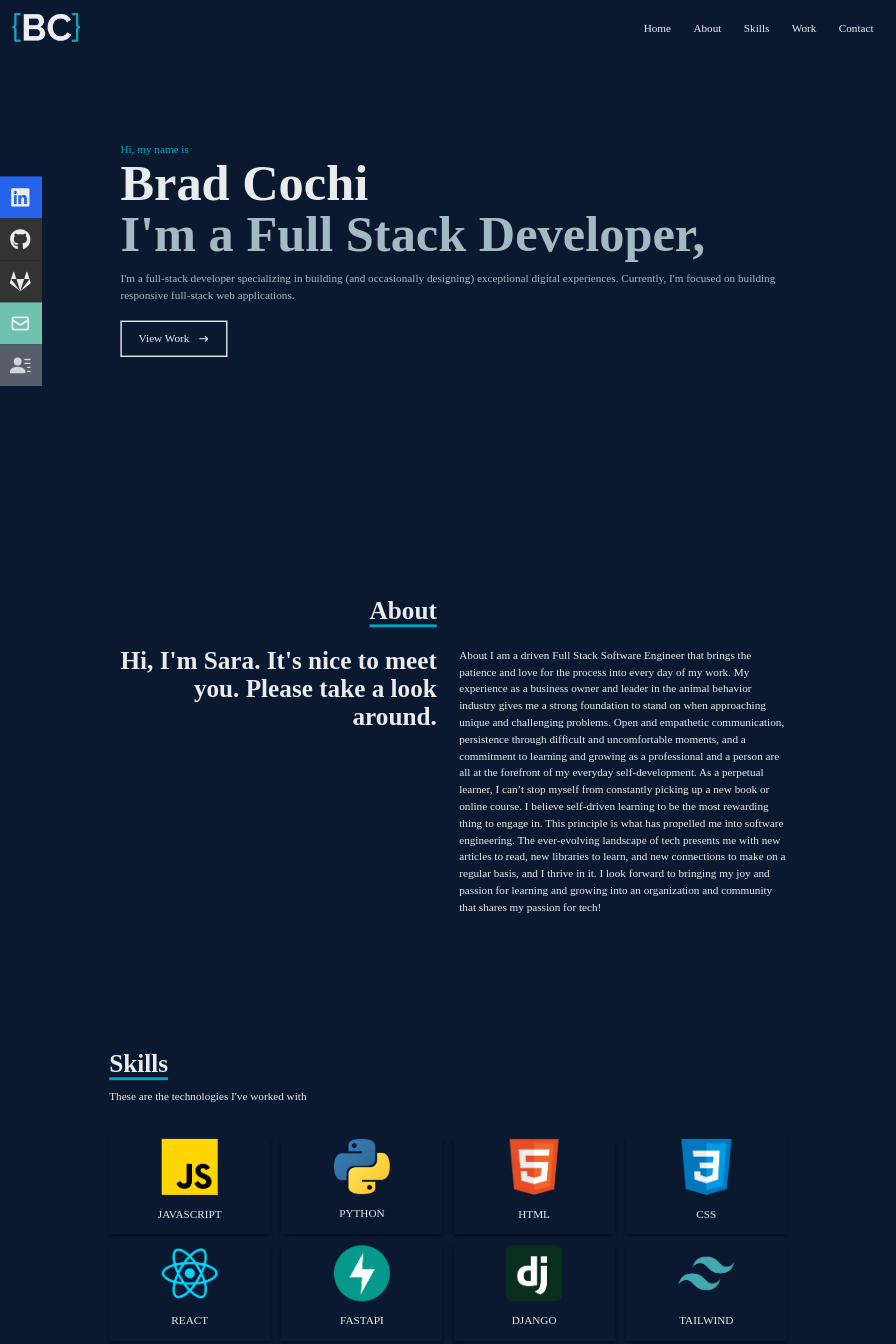
Repository: saramargulies/margulies-portfolio
Page: /
An editor plug-in stored every save of this project. The page is shown before and after the next save, followed by the edit.
The browser window is 1280 px wide. The pictures show the part of the page from y = 0 to 1920 px (the page is 3600 px tall), at 70% of full size.
The project was rebuilt for these pictures with package versions that can differ from the ones it lists, and the page was loaded fresh each time.

Above is the page before, as saved 2023-12-05 12:38:41.

### public/index.html
<!DOCTYPE html>
<html lang="en">
  <head>
    <meta charset="utf-8" />
    <link rel="icon" href="%PUBLIC_URL%/favicon.ico" />
    <meta name="viewport" content="width=device-width, initial-scale=1" />
    <meta name="theme-color" content="#000000" />
    <meta
      name="description"
      content="Web site created using create-react-app"
    />
    <link rel="apple-touch-icon" href="%PUBLIC_URL%/logobluemobile.png" />
    <!--
      manifest.json provides metadata used when your web app is installed on a
      user's mobile device or desktop. See https://developers.google.com/web/fundamentals/web-app-manifest/
    -->
    <link rel="manifest" href="%PUBLIC_URL%/manifest.json" />
    <!--
      Notice the use of %PUBLIC_URL% in the tags above.
      It will be replaced with the URL of the `public` folder during the build.
      Only files inside the `public` folder can be referenced from the HTML.

      Unlike "/favicon.ico" or "favicon.ico", "%PUBLIC_URL%/favicon.ico" will
      work correctly both with client-side routing and a non-root public URL.
      Learn how to configure a non-root public URL by running `npm run build`.
    -->
    <title>Brad Cochi</title>
  </head>
  <body>
    <noscript>You need to enable JavaScript to run this app.</noscript>
    <div id="root"></div>
    <!--
      This HTML file is a template.
      If you open it directly in the browser, you will see an empty page.

      You can add webfonts, meta tags, or analytics to this file.
      The build step will place the bundled scripts into the <body> tag.

      To begin the development, run `npm start` or `yarn start`.
      To create a production bundle, use `npm run build` or `yarn build`.
    -->
  </body>
</html>

### src/App.js
import Navbar from "./components/Navbar";
import Home from "./components/Home";
import About from "./components/About";
import Skills from "./components/Skills";
import Work from "./components/Work";
import Contact from "./components/Contact";
import React, { useEffect } from "react";

function App() {
  useEffect(() => {
    document.title = "Brad Cochi";
  }, []);

  return (
    <div>
      <Navbar />
      <Home />
      <About />
      <Skills />
      <Work />
      <Contact />
    </div>
  );
}

export default App;

### src/components/Navbar.jsx
import React, { useState } from "react";
import {
  FaBars,
  FaTimes,
  FaGithub,
  FaGitlab,
  FaLinkedin,
} from "react-icons/fa";
import { HiOutlineMail } from "react-icons/hi";
import { BsFillPersonLinesFill } from "react-icons/bs";
import Logo from "../assets/logo.png";
import { Link } from "react-scroll";

const Navbar = () => {
  const [nav, setNav] = useState(false);
  const handleClick = () => setNav(!nav);

  return (
    <div className="fixed w-full h-[80px] flex justify-between items-center px-4 bg-[#0a192f] text-[#eaebed]">
      <div>
        <img src={Logo} alt="Logo" style={{ width: "100px" }} />
      </div>

      {/* Menu */}
      <ul className="hidden md:flex">
        <li>
          <Link to="home" smooth={true} duration={500}>
            Home
          </Link>
        </li>
        <li>
          <Link to="about" smooth={true} duration={500}>
            About
          </Link>
        </li>
        <li>
          <Link to="skills" smooth={true} duration={500}>
            Skills
          </Link>
        </li>
        <li>
          <Link to="work" smooth={true} duration={500}>
            Work
          </Link>
        </li>
        <li>
          <Link to="contact" smooth={true} duration={500}>
            Contact
          </Link>
        </li>
      </ul>

      {/* Hamburger */}
      <div onClick={handleClick} className="md:hidden z-10">
        {!nav ? <FaBars /> : <FaTimes />}
      </div>

      {/* Mobile menu */}
      <ul
        className={
          !nav
            ? "hidden"
            : "absolute top-0 left-0 w-full h-screen bg-[#0a192f] flex flex-col justify-center items-center"
        }
      >
        <li className="py-4 text-3xl">
          <Link onClick={handleClick} to="home" smooth={true} duration={500}>
            Home
          </Link>
        </li>
        <li className="py-4 text-3xl">
          <Link onClick={handleClick} to="about" smooth={true} duration={500}>
            About
          </Link>
        </li>
        <li className="py-4 text-3xl">
          <Link onClick={handleClick} to="skills" smooth={true} duration={500}>
            Skills
          </Link>
        </li>
        <li className="py-4 text-3xl">
          <Link onClick={handleClick} to="work" smooth={true} duration={500}>
            Work
          </Link>
        </li>
        <li className="py-4 text-3xl">
          <a
            className="flex justify-between items-center w-full text-gray-300"
            href="https://www.linkedin.com/in/brad-cochi/"
            target="_blank"
            rel="noopener noreferrer"
          >
            LinkedIn
          </a>
        </li>
        <li className="py-4 text-3xl">
          <a
            className="flex justify-between items-center w-full text-gray-300"
            href="https://docs.google.com/document/d/1NIh6wLXZUbtdGNBN_J33L0a28H9_5nH7budXHrZ2_Uo/edit"
            target="_blank"
            rel="noopener noreferrer"
          >
            Resume
          </a>
        </li>
        <li className="py-4 text-3xl">
          <a
            className="flex justify-between items-center w-full text-gray-300"
            href="https://github.com/bradcochi"
            target="_blank"
            rel="noopener noreferrer"
          >
            GitHub
          </a>
        </li>
        <li className="py-4 text-3xl">
          <a
            className="flex justify-between items-center w-full text-gray-300"
            href="https://gitlab.com/bradcochi"
            target="_blank"
            rel="noopener noreferrer"
          >
            GitLab
          </a>
        </li>
        <li className="py-4 text-3xl">
          <Link onClick={handleClick} to="contact" smooth={true} duration={500}>
            Contact
          </Link>
        </li>
      </ul>

      {/* Social icons */}
      <div className="hidden lg:flex fixed flex-col top-[35%] left-0">
        <ul>
          <li className="w-[160px] h-[60px] flex justify-between items-center ml-[-100px] hover:ml-[-10px] duration-300 bg-blue-600">
            <a
              className="flex justify-between items-center w-full text-[#eaebed]"
              href="https://www.linkedin.com/in/brad-cochi/"
              target="_blank"
              rel="noopener noreferrer"
            >
              LinkedIn <FaLinkedin size={30} />
            </a>
          </li>
          <li className="w-[160px] h-[60px] flex justify-between items-center ml-[-100px] hover:ml-[-10px] duration-300 bg-[#333333]">
            <a
              className="flex justify-between items-center w-full text-[#eaebed]"
              href="https://github.com/bradcochi"
              target="_blank"
              rel="noopener noreferrer"
            >
              GitHub <FaGithub size={30} />
            </a>
          </li>
          <li className="w-[160px] h-[60px] flex justify-between items-center ml-[-100px] hover:ml-[-10px] duration-300 bg-[#333333]">
            <a
              className="flex justify-between items-center w-full text-[#eaebed]"
              href="https://gitlab.com/bradcochi"
              target="_blank"
              rel="noopener noreferrer"
            >
              GitLab <FaGitlab size={30} />
            </a>
          </li>
          <li className="w-[160px] h-[60px] flex justify-between items-center ml-[-100px] hover:ml-[-10px] duration-300 bg-[#6fc2b0]">
            <Link
              to="contact"
              smooth={true}
              duration={500}
              className="flex justify-between items-center w-full text-[#eaebed]"
            >
              Email <HiOutlineMail size={30} />
            </Link>
          </li>
          <li className="w-[160px] h-[60px] flex justify-between items-center ml-[-100px] hover:ml-[-10px] duration-300 bg-[#565f69]">
            <a
              className="flex justify-between items-center w-full text-gray-300"
              href="https://docs.google.com/document/d/1NIh6wLXZUbtdGNBN_J33L0a28H9_5nH7budXHrZ2_Uo/edit"
              target="_blank"
              rel="noopener noreferrer"
            >
              Resume <BsFillPersonLinesFill size={30} />
            </a>
          </li>
          {/* need to add GitLab */}
        </ul>
      </div>
    </div>
  );
};

export default Navbar;

### src/components/Home.jsx
import React from "react";
import { HiArrowNarrowRight } from "react-icons/hi";
import { Link } from "react-scroll";

const Home = () => {
  return (
    <div name="home" className="w-full h-screen bg-[#0a192f]">
      {/* Container */}
      <div className="max-w-[1000px] mx-auto px-8 flex flex-col justify-center h-full">
        <p className="text-[#01a7c2]">Hi, my name is</p>
        <h1 className="text-4xl sm:text-7xl font-bold text-[#eaebed]">
          Brad Cochi
        </h1>
        <h2 className="text-4xl sm:text-7xl font-bold text-[#a3bac3]">
          I'm a Full Stack Developer,
        </h2>
        {/* Update the description in <p> tag to something personal */}
        <p className="text-[#a3bac3] py-4 max-w-700px">
          I'm a full-stack developer specializing in building (and occasionally
          designing) exceptional digital experiences. Currently, I'm focused on
          building responsive full-stack web applications.
        </p>
        <div>
          <Link to="work" smooth={true} duration={500}>
            <button className="text-[#eaebed] group border-2 px-6 py-3 my-2 flex items-center hover:bg-[#01a7c2] hover:border-[#01a7c2]">
              View Work
              <span className="group-hover:rotate-90 duration-300">
                <HiArrowNarrowRight className="ml-3" />
              </span>
            </button>
          </Link>
        </div>
      </div>
    </div>
  );
};

export default Home;

### src/components/About.jsx
import React from "react";

const About = () => {
  return (
    <div name="about" className="w-full h-screen bg-[#0a192f] text-[#eaebed]">
      <div className="flex flex-col justify-center items-center w-full h-full">
        <div className="max-w-[1000px] w-full grid grid-cols-2 gap-8">
          <div className="sm:text-right pb-8 pl-4">
            <p className="text-4xl font-bold inline border-b-4 border-[#01a7c2]">
              About
            </p>
          </div>
          <div></div>
        </div>
        <div className="max-w-[1000px] w-full grid sm:grid-cols-2 gap-8 px-4">
          <div className="sm:text-right text-4xl font-bold">
            <p>
              Hi, I'm Sara. It's nice to meet you. Please take a look around.
            </p>
          </div>
          <div>
            <p>
              About I am a driven Full Stack Software Engineer that brings the
              patience and love for the process into every day of my work. My
              experience as a business owner and leader in the animal behavior
              industry gives me a strong foundation to stand on when approaching
              unique and challenging problems. Open and empathetic
              communication, persistence through difficult and uncomfortable
              moments, and a commitment to learning and growing as a
              professional and a person are all at the forefront of my everyday
              self-development. As a perpetual learner, I can’t stop myself from
              constantly picking up a new book or online course. I believe
              self-driven learning to be the most rewarding thing to engage in.
              This principle is what has propelled me into software engineering.
              The ever-evolving landscape of tech presents me with new articles
              to read, new libraries to learn, and new connections to make on a
              regular basis, and I thrive in it. I look forward to bringing my
              joy and passion for learning and growing into an organization and
              community that shares my passion for tech!
            </p>
          </div>
        </div>
      </div>
    </div>
  );
};

export default About;

### src/components/Skills.jsx
import React from "react";
import HTML from "../assets/html.png";
import CSS from "../assets/css.png";
import JavaScript from "../assets/javascript.png";
import Python from "../assets/python.png";
import ReactImg from "../assets/react.png";
import Django from "../assets/django.png";
import FastAPI from "../assets/fastapi.png";
import Tailwind from "../assets/tailwind.png";
import Bootstrap from "../assets/bootstrap.png";
import Mongo from "../assets/mongo.png";
import PostgreSQL from "../assets/postgresql.png";
import Docker from "../assets/docker.png";

const Skills = () => {
  return (
    <div
      name="skills"
      className="w-full min-h-screen flex items-center bg-[#0a192f] text-[#eaebed]"
    >
      {/* container */}
      <div className="max-w-[1000px] mx-auto p-4 flex flex-col justify-center w-full h-full">
        <div>
          <p className="text-4xl font-bold inline border-b-4 border-[#01a7c2]">
            Skills
          </p>
          <p className="py-4">These are the technologies I've worked with</p>
        </div>
        <div className="w-full grid grid-cols-2 sm:grid-cols-4 gap-4 text-center py-8">
          <div className="shadow-md shadow-[#040c16] hover:scale-110 duration-500">
            <img
              className="w-20 mx-auto"
              src={JavaScript}
              alt="JavaScript icon"
            />
            <p className="my-4">JAVASCRIPT</p>
          </div>
          <div className="shadow-md shadow-[#040c16] hover:scale-110 duration-500">
            <img className="w-20 mx-auto" src={Python} alt="Python icon" />
            <p className="my-4">PYTHON</p>
          </div>
          <div className="shadow-md shadow-[#040c16] hover:scale-110 duration-500">
            <img className="w-20 mx-auto" src={HTML} alt="HTML icon" />
            <p className="my-4">HTML</p>
          </div>
          <div className="shadow-md shadow-[#040c16] hover:scale-110 duration-500">
            <img className="w-20 mx-auto" src={CSS} alt="CSS icon" />
            <p className="my-4">CSS</p>
          </div>

          <div className="shadow-md shadow-[#040c16] hover:scale-110 duration-500">
            <img className="w-20 mx-auto" src={ReactImg} alt="React icon" />
            <p className="my-4">REACT</p>
          </div>
          <div className="shadow-md shadow-[#040c16] hover:scale-110 duration-500">
            <img className="w-20 mx-auto" src={FastAPI} alt="FastAPI icon" />
            <p className="my-4">FASTAPI</p>
          </div>
          <div className="shadow-md shadow-[#040c16] hover:scale-110 duration-500">
            <img className="w-20 mx-auto" src={Django} alt="Django icon" />
            <p className="my-4">DJANGO</p>
          </div>
          <div className="shadow-md shadow-[#040c16] hover:scale-110 duration-500">
            <img className="w-20 mx-auto" src={Tailwind} alt="Tailwind icon" />
            <p className="my-4">TAILWIND</p>
          </div>
          <div className="shadow-md shadow-[#040c16] hover:scale-110 duration-500">
            <img
              className="w-20 mx-auto"
              src={Bootstrap}
              alt="Bootstrap icon"
            />
            <p className="my-4">BOOTSTRAP</p>
          </div>
          <div className="shadow-md shadow-[#040c16] hover:scale-110 duration-500">
            <img className="w-20 mx-auto" src={Mongo} alt="Mongo DB icon" />
            <p className="my-4">MONGO DB</p>
          </div>
          <div className="shadow-md shadow-[#040c16] hover:scale-110 duration-500">
            <img
              className="w-20 mx-auto"
              src={PostgreSQL}
              alt="PostgreSQL icon"
            />
            <p className="my-4">POSTGRESQL</p>
          </div>
          <div className="shadow-md shadow-[#040c16] hover:scale-110 duration-500">
            <img className="w-20 mx-auto" src={Docker} alt="Docker icon" />
            <p className="my-4">DOCKER</p>
          </div>
        </div>
      </div>
    </div>
  );
};

export default Skills;

### src/components/Work.jsx
import React from "react";
import NPDBImg from "../assets/projects/NPDBImg.png";

const Work = () => {
  return (
    <div
      name="work"
      className="w-full md:min-h-screen flex items-center text-[#eaebed] bg-[#0a192f]"
    >
      <div className="max-w-[1000px] mx-auto p-4 flex flex-col justify-center w-full h-full">
        <div className="pb-8">
          <p className="text-4xl font-bold online border-b-4 text-[#eaebed] border-[#01a7c2]">
            Work
          </p>
          <p className="py-6">Check out some of my recent work</p>
        </div>

        {/* Container */}
        <div className="grid sm:grid-cols-2 md:grid-cols-3 gap-4">
          {/* Grid Item */}
          <div
            style={{ backgroundImage: `url(${NPDBImg})` }}
            className="shadow-lg shadow-[#040c16] group container rounded-md flex justify-center items-center mx-auto content-div"
          >
            {/* Hover Effects */}
            <div className="opacity-0 group-hover:opacity-100">
              <span className="text-2xl font-bold text-[#eaebed] track-wider">
                React JS Application
              </span>
              <div className="pt-8 text-center">
                <a
                  href="https://saramargs.gitlab.io/npdt/"
                  target="_blank"
                  rel="noopener noreferrer"
                >
                  <button className="text-center rounded-lg px-4 py-3 m-2 bg-[#eaebed] text-gray-700 font-bold text-lg">
                    Demo
                  </button>
                </a>
                <a
                  href="https://gitlab.com/saramargs/npdt"
                  target="_blank"
                  rel="noopener noreferrer"
                >
                  <button className="text-center rounded-lg px-4 py-3 m-2 bg-[#eaebed] text-gray-700 font-bold text-lg">
                    Code
                  </button>
                </a>
              </div>
            </div>
          </div>
        </div>
      </div>
    </div>
  );
};

export default Work;

### src/components/Contact.jsx
import React from "react";

const Contact = () => {
  return (
    <div
      name="contact"
      className="w-full min-h-screen bg-[#0a192f] flex justify-center items-center"
    >
      <form
        method="POST"
        action="https://getform.io/f/15822fa6-c7ff-455a-a9fe-c3d2c82dc92a"
        className="flex flex-col max-w-[600px] w-full p-4"
      >
        <div className="pb-8">
          <p className="text-4xl font-bold inline border-b-4 border-[#01a7c2] text-[#eaebed]">
            Contact
          </p>
          <p className="text-[#eaebed] py-4">
            Submit the form below or shoot me an email at bradcochi@gmail.com
          </p>
        </div>
        <input
          className="p-2 bg-[#ccd6f6]"
          type="text"
          placeholder="Name"
          name="name"
        />
        <input
          className="my-4 p-2 bg-[#ccd6f6]"
          type="email"
          placeholder="Email"
          name="email"
        />
        <textarea
          className="p-2 bg-[#ccd6f6]"
          name="message"
          rows="10"
          placeholder="Message"
        />
        <button className="text-[#eaebed] border-2 px-4 py-3 my-8 mx-auto flex items-center hover:bg-[#01a7c2] hover:border-[#01a7c2]">
          Let's Collaborate
        </button>
      </form>
    </div>
  );
};

export default Contact;

Loaded but not shown: src/index.js (common file); src/index.css (common file); tailwind.config.js (common file)

After the next save:
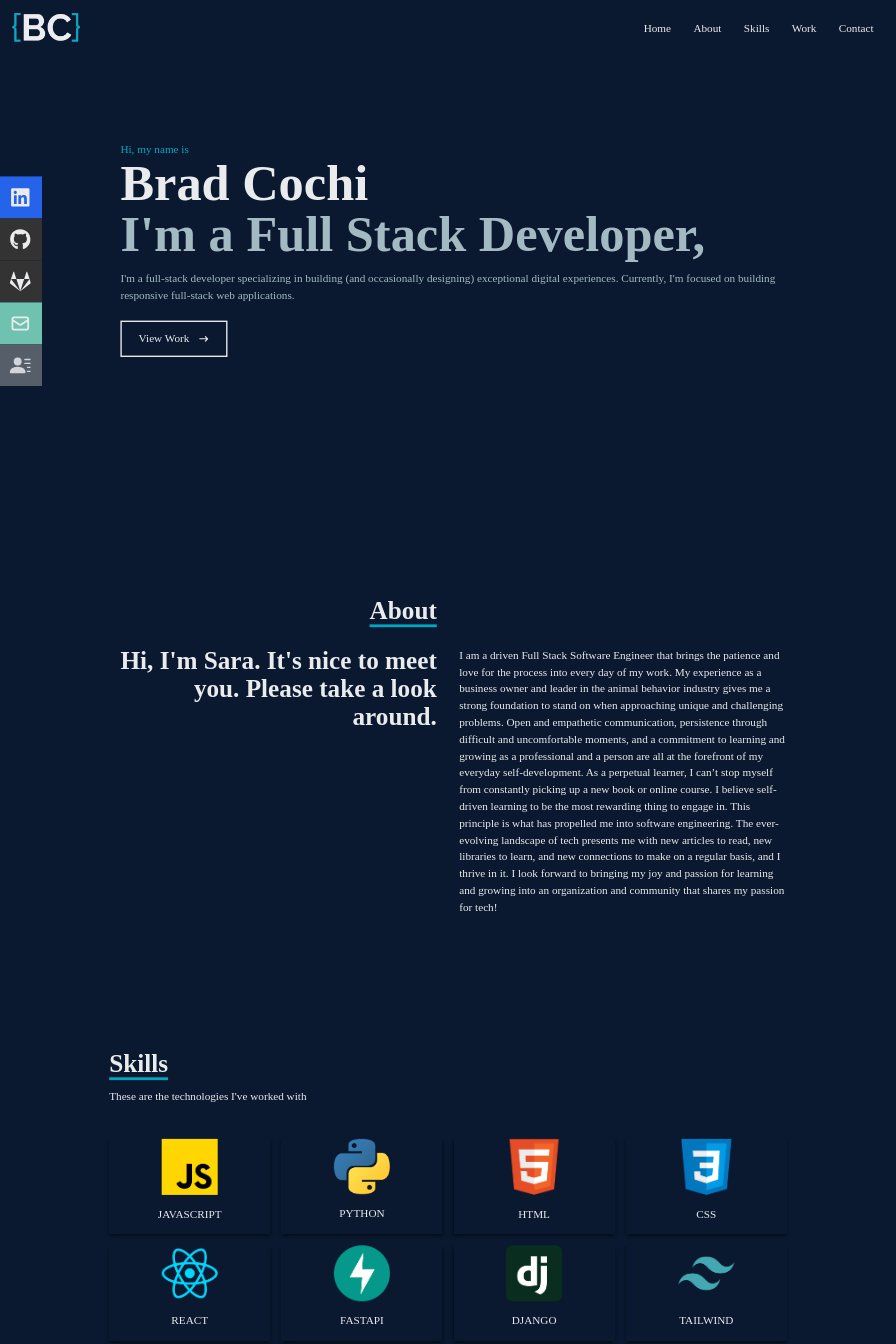
Saved 4 s later.
--- a/src/components/About.jsx
+++ b/src/components/About.jsx
@@ -20,7 +20,7 @@ const About = () => {
           </div>
           <div>
             <p>
-              About I am a driven Full Stack Software Engineer that brings the
+              I am a driven Full Stack Software Engineer that brings the
               patience and love for the process into every day of my work. My
               experience as a business owner and leader in the animal behavior
               industry gives me a strong foundation to stand on when approaching
